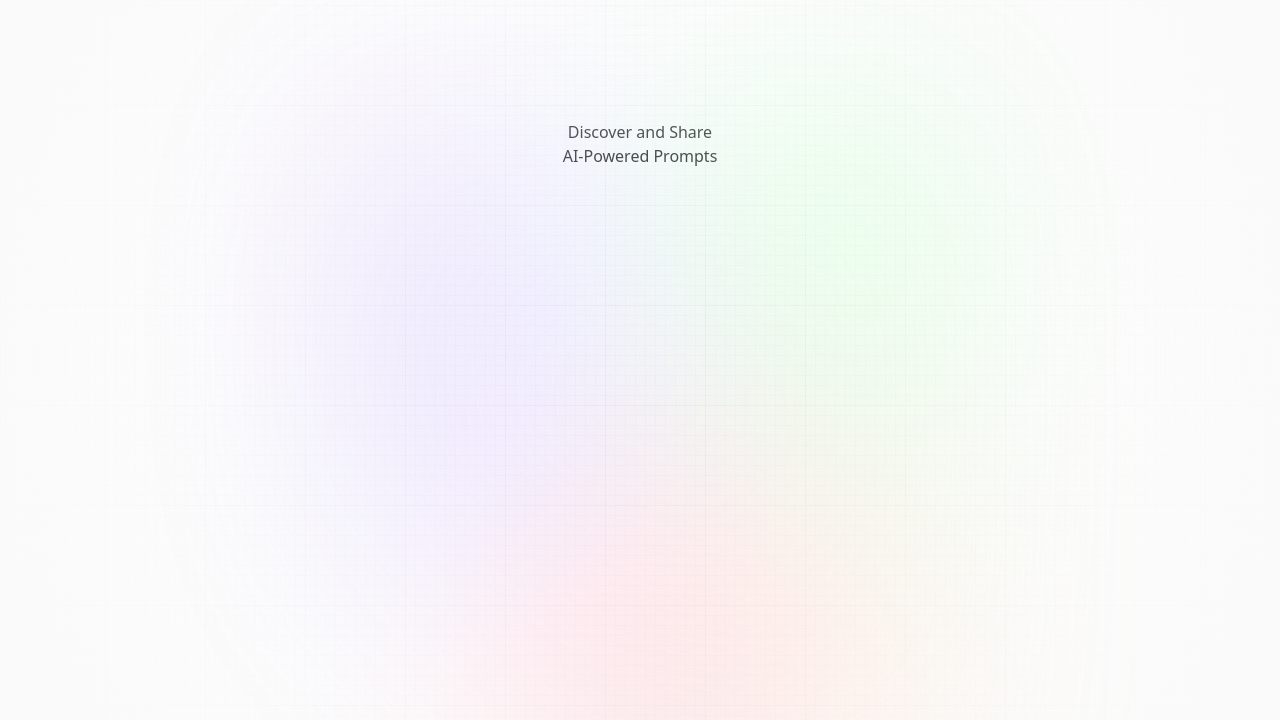
Repository: Nurlan-Bakenbaev/AI-prompts
Page: /
An editor plug-in stored every save of this project. The page is shown before and after the next save, followed by the edit.
The browser window is 1280 px wide. The pictures show the whole page.
The project was rebuilt for these pictures with package versions that can differ from the ones it lists, and the page was loaded fresh each time. The framework's server and built-in components were replaced by stand-ins that run in the browser. Also part of the build but not shown: next.config.js.

Above is the page before, as saved 2023-09-21 11:21:54.

### app/layout.jsx
import "styles/globals.css";

export const metadata = {
  title: "Next JS ",
  description: "Discover & Share AI Prompts",
};

const RootLayout = ({ children }) => {
  return (
    <html lang="en">
      <body>
        <div className="main">
          <div className="gradient" />
          <main className="app">{children}</main>
        </div>
      </body>
    </html>
  );
};

export default RootLayout;

### app/page.jsx
const Home = () => {
  return (
    <section className="flex flex-center flex-col">
      <h1 className="head_text text-center">
        Discover and Share
        <br className="max-md:hidden" />
        <span className=" text-yellow-">AI-Powered Prompts</span>
      </h1>
    </section>
  );
};

export default Home;

### styles/globals.css
@import url("https://fonts.googleapis.com/css2?family=Inter:wght@100;200;300;400;500;600;700;800;900&display=swap");

@tailwind base;
@tailwind components;
@tailwind utilities;

.main {
  width: 100vw;
  min-height: 100vh;
  position: fixed;
  display: flex;
  justify-content: center;
  padding: 120px 24px 160px 24px;
  pointer-events: none;
}

.main:before {
  background: radial-gradient(circle, rgba(2, 0, 36, 0) 0, #fafafa 100%);
  position: absolute;
  content: "";
  z-index: 2;
  width: 100%;
  height: 100%;
  top: 0;
}

.main:after {
  content: "";
  background-image: url("/assets/images/grid.svg");
  z-index: 1;
  position: absolute;
  width: 100%;
  height: 100%;
  top: 0;
  opacity: 0.4;
  filter: invert(1);
}

.gradient {
  height: fit-content;
  z-index: 3;
  width: 100%;
  max-width: 640px;
  background-image: radial-gradient(
      at 27% 37%,
      hsla(215, 98%, 61%, 1) 0px,
      transparent 0%
    ),
    radial-gradient(at 97% 21%, hsla(125, 98%, 72%, 1) 0px, transparent 50%),
    radial-gradient(at 52% 99%, hsla(354, 98%, 61%, 1) 0px, transparent 50%),
    radial-gradient(at 10% 29%, hsla(256, 96%, 67%, 1) 0px, transparent 50%),
    radial-gradient(at 97% 96%, hsla(38, 60%, 74%, 1) 0px, transparent 50%),
    radial-gradient(at 33% 50%, hsla(222, 67%, 73%, 1) 0px, transparent 50%),
    radial-gradient(at 79% 53%, hsla(343, 68%, 79%, 1) 0px, transparent 50%);
  position: absolute;
  content: "";
  width: 100%;
  height: 100%;
  filter: blur(100px) saturate(150%);
  top: 80px;
  opacity: 0.15;
}

.gradient-text {
  background-clip: text;
  -webkit-background-clip: text;
  color: transparent;
}

Loaded but not shown: tailwind.config.js (common file)

After the next save:
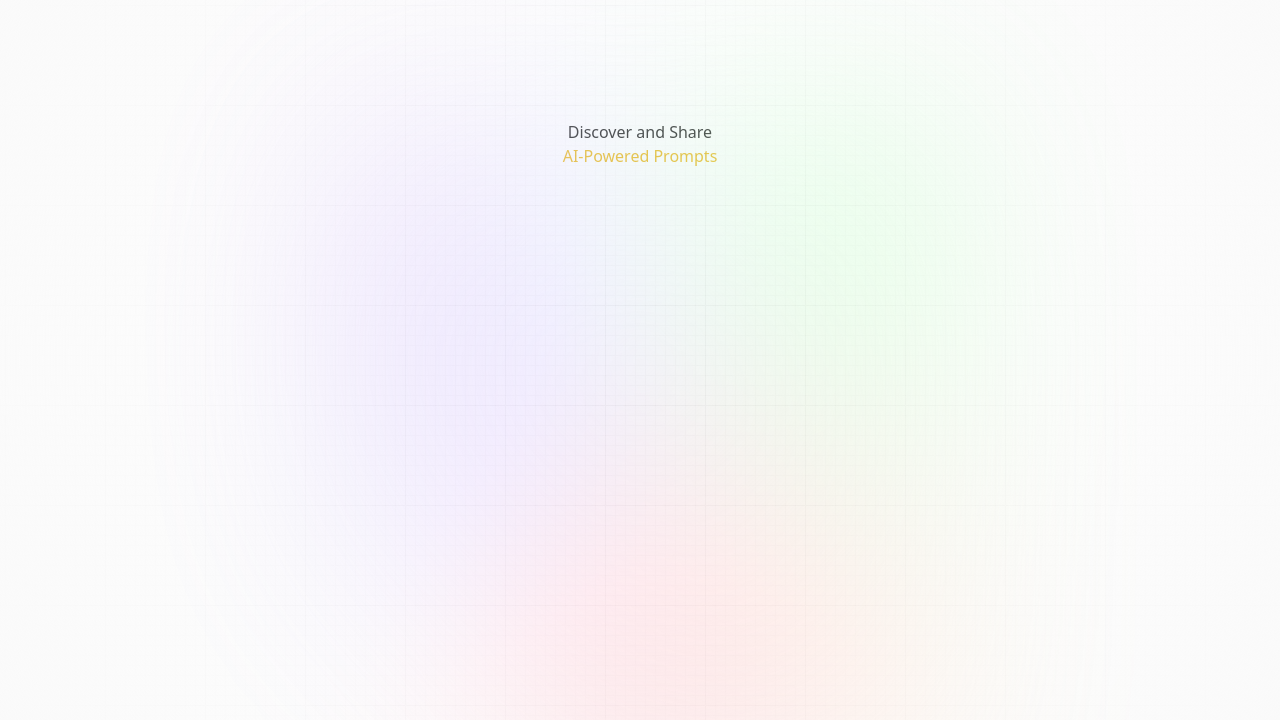
Saved 4 s later.
--- a/app/page.jsx
+++ b/app/page.jsx
@@ -4,7 +4,7 @@
       <h1 className="head_text text-center">
         Discover and Share
         <br className="max-md:hidden" />
-        <span className=" text-yellow-">AI-Powered Prompts</span>
+        <span className=" text-yellow-500">AI-Powered Prompts</span>
       </h1>
     </section>
   );
